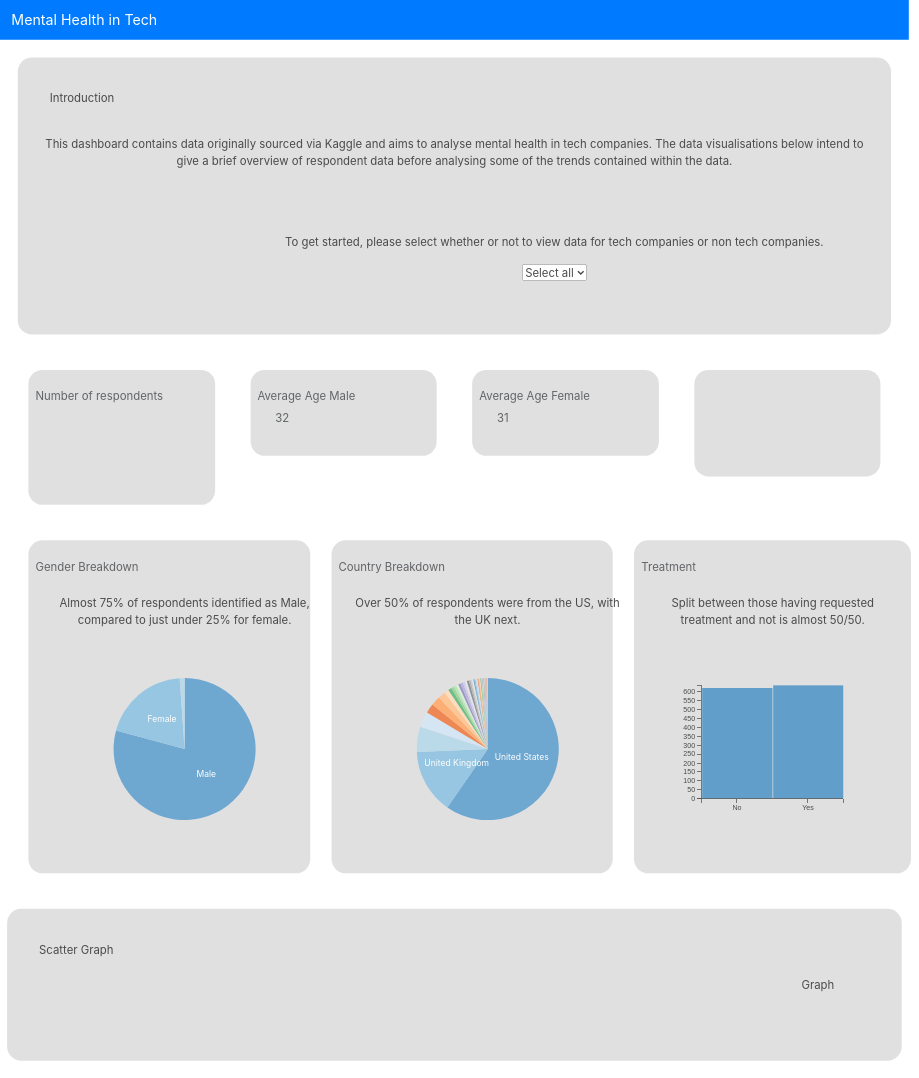
Repository: martingr1/mhdashboard
Page: index.html
The author's editor kept a record of every edit. The page is drawn from the files as they stood at one moment, then again after the next edit.
The browser window is 1280 px wide. The page is 1295 px wide, so the pictures cover 1295 px, including what lies to the right of the window. The pictures show the whole page, at 71% of full size.
Some web libraries are served in a nearby version.

Above is the page before.
Console error: TypeError: Cannot read properties of null (reading 'textContent')

After the next edit:
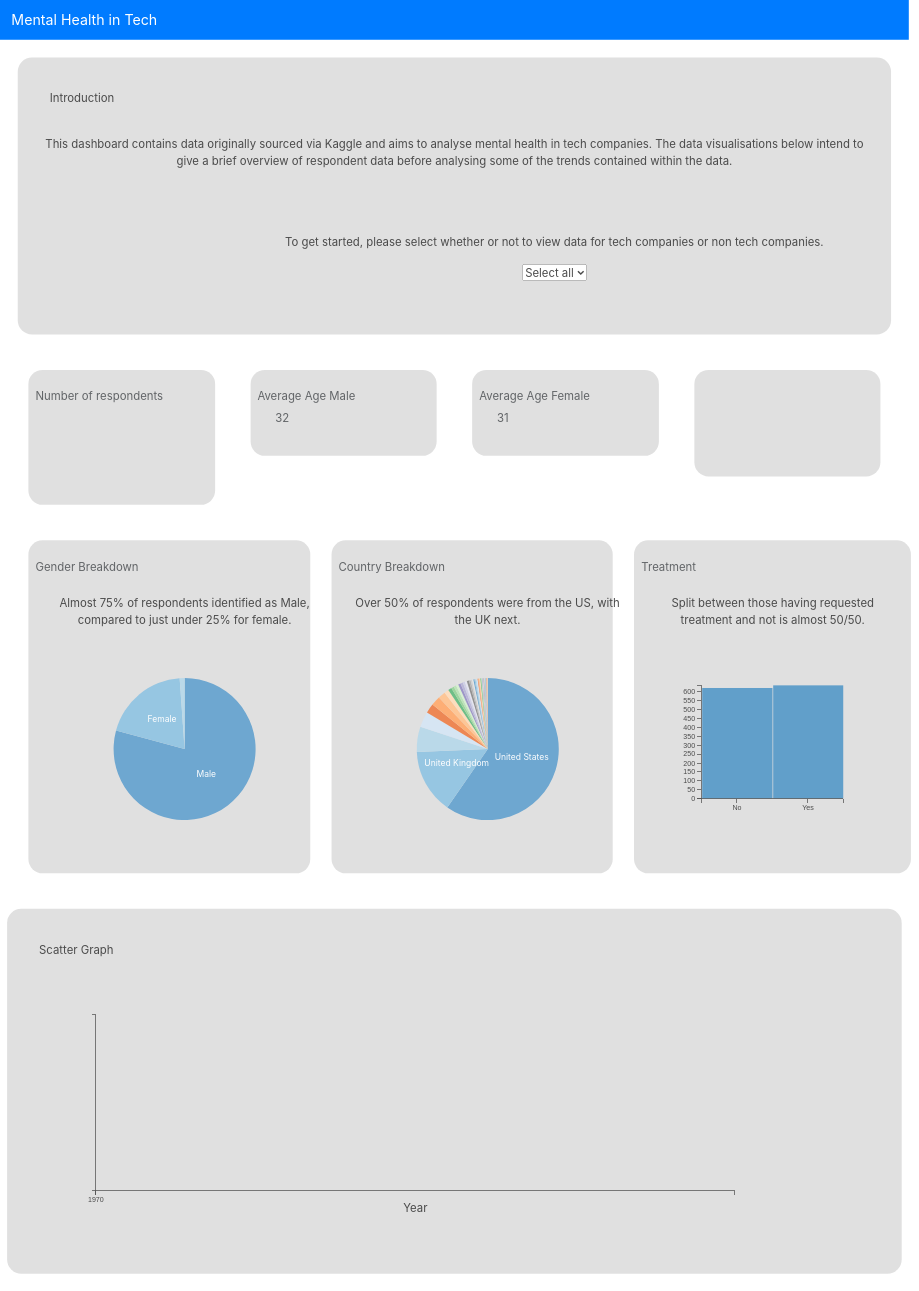
The error is gone.
The edit:
--- a/index.html
+++ b/index.html
@@ -179,9 +179,7 @@
                     <div class="row text-center">
                         <p class="chart-text"> </p>
                     </div>
-                    <div class="chart" id="">
-                        <p class="chart-text">Graph</p>
-                    </div>
+                    <div class="chart" id="treatment_timeline"></div>
                 </div>
             </div>
         </article>
